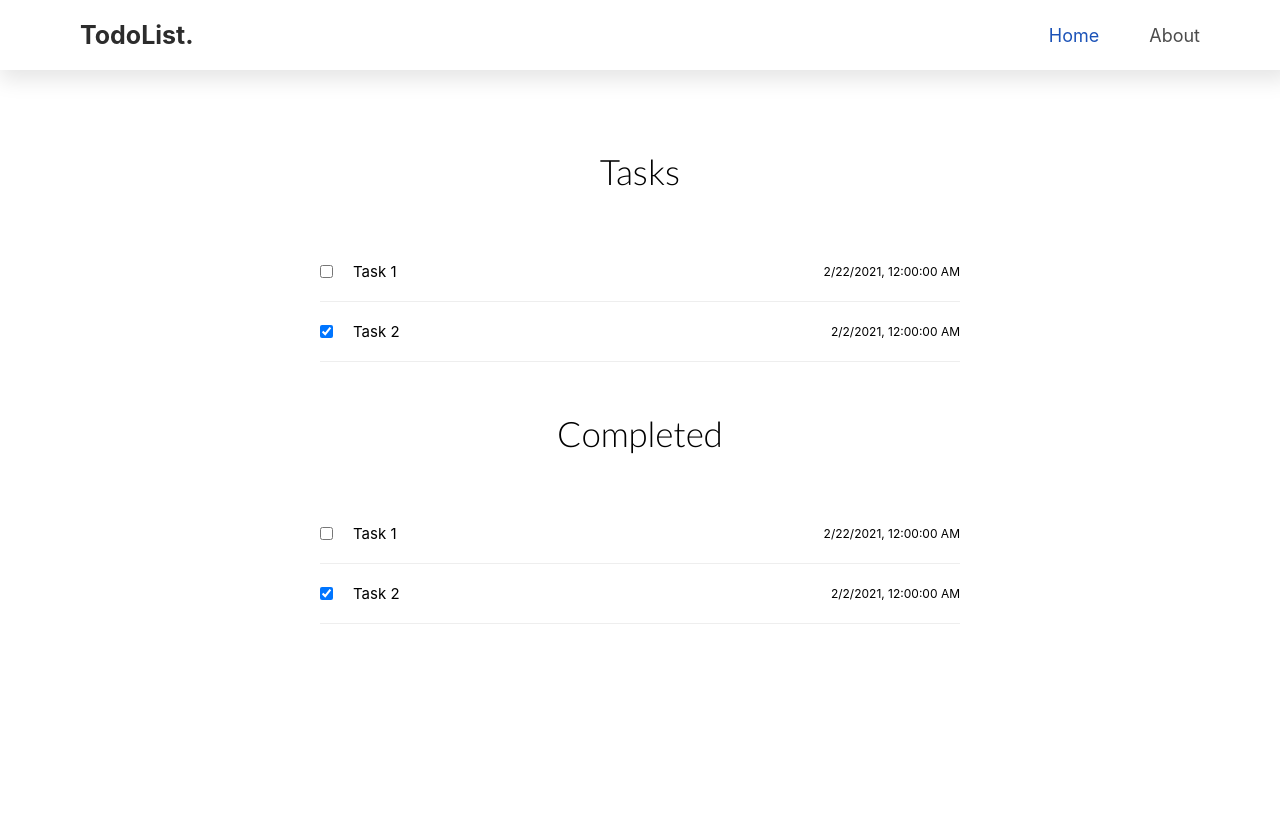
Repository: dqhuy153/react-todoList
Page: /
The author's editor kept a copy of each file at every save. The page is drawn from the files as they stood at one save, then again after the next save.
The browser window is 1280 px wide. The pictures show the whole page.
The project was rebuilt for these pictures with package versions that can differ from the ones it lists, and the page was loaded fresh each time. Also part of the build but not shown: src/components/UI/LoadingSpinner.module.scss.

Above is the page before, as saved 2021-09-16 20:50:09.

After the next save:
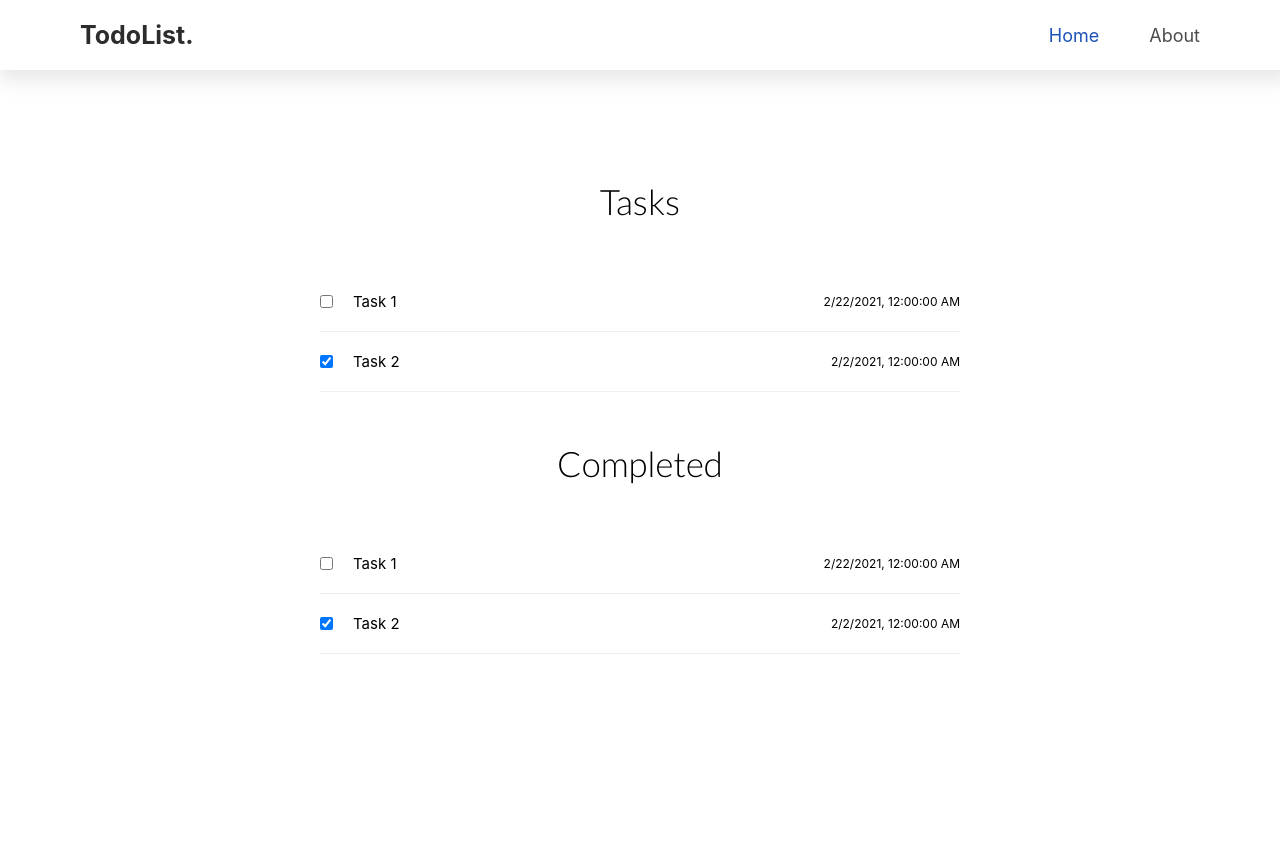
Saved 16 s later.
--- a/src/components/pages/Home.module.scss
+++ b/src/components/pages/Home.module.scss
@@ -6,5 +6,7 @@
     font-family: 'Lato', sans-serif;
     font-weight: 300;
     font-size: 3.5rem;
+    display: block;
+    margin-top: 3rem;
   }
 }
